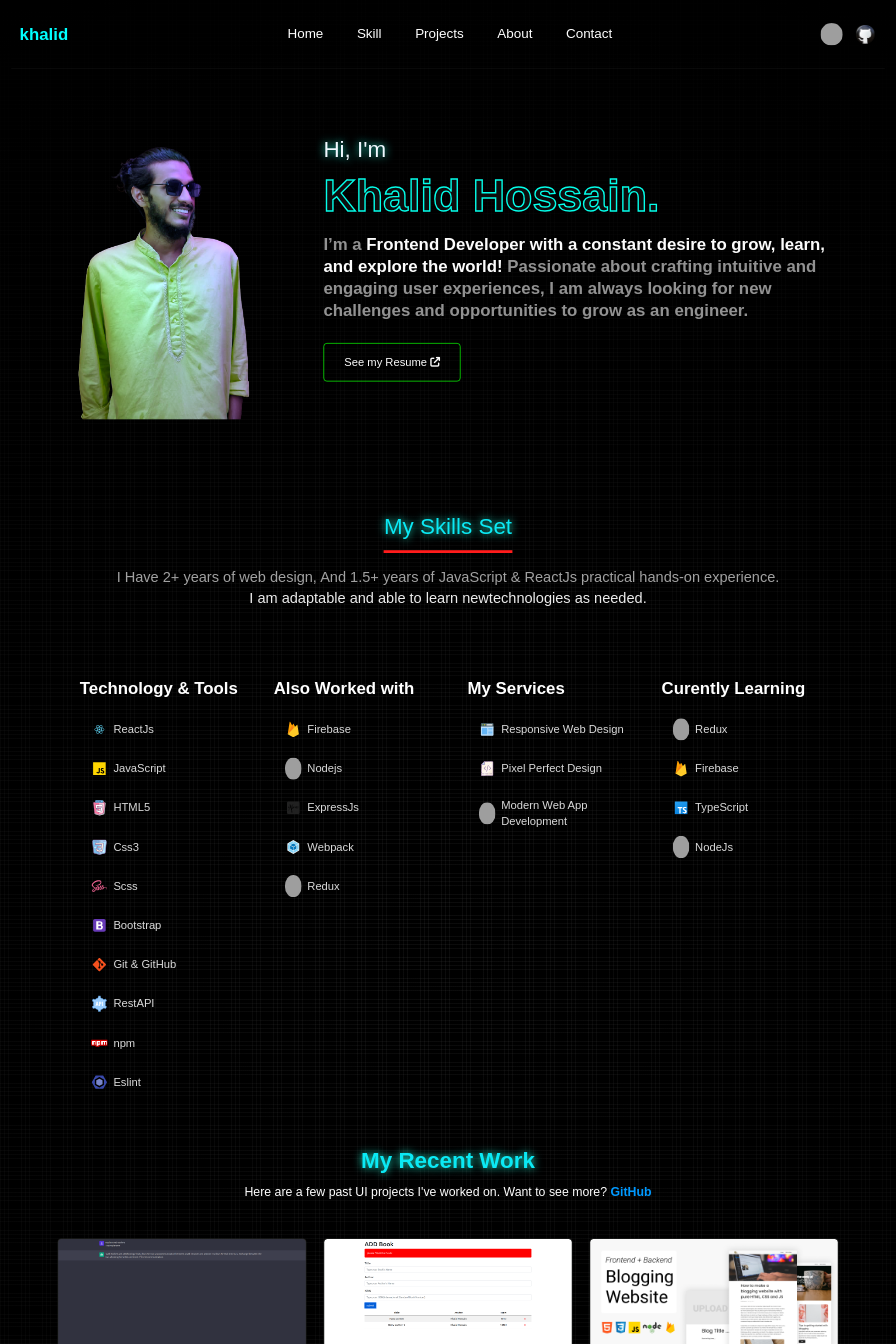
Repository: badhon252/my-portfolio
Page: /
These files come from the project's save history. The page is drawn as it stood at one moment and after the next save; the edit follows.
The browser window is 1280 px wide. The pictures show the part of the page from y = 0 to 1920 px (the page is 2682 px tall), at 70% of full size.
Pictures or frames that could not be fetched are drawn as grey boxes. The project was rebuilt for these pictures with package versions that can differ from the ones it lists, and the page was loaded fresh each time. Also part of the build but not shown: src/Components/Home/Header/HeaderContent/HeaderContent.css, src/Components/Home/Header/Navbar/Navs/GitHub/Github.module.css, src/Components/Home/Header/Navbar/Navs/LinkedIn/LinkedIn.module.css.

Above is the page before, as saved 2023-01-24 16:34:43.

### public/index.html
<!DOCTYPE html>
<html lang="en">

<head>
    <meta charset="utf-8" />
    <link rel="icon" href="%PUBLIC_URL%/favicon.ico" />
    <meta name="viewport" content="width=device-width, initial-scale=1" />
    <meta name="theme-color" content="#000000" />
    <meta name="description" content="Web site created using create-react-app, Portfolio" />
    <link rel="apple-touch-icon" href="%PUBLIC_URL%/logo192.png" />
    <link rel="stylesheet" href="https://cdnjs.cloudflare.com/ajax/libs/font-awesome/6.2.1/css/all.min.css">
    <link rel="manifest" href="%PUBLIC_URL%/manifest.json" />
    <!--  Bootstap== -->
    <link rel="stylesheet" href="https://cdn.jsdelivr.net/npm/bootstrap@5.3.0-alpha1/dist/css/bootstrap.min.css">


    <title>Khalid Hossain | Portfolio Website</title>
</head>

<body>
    <div id="root"></div>

    <script src="https://cdn.jsdelivr.net/npm/bootstrap@5.3.0-alpha1/dist/js/bootstrap.bundle.min.js"></script>
    <!-- <script src="https://platform.linkedin.com/badges/js/profile.js" async defer type="text/javascript"></script> -->

</body>

</html>

### src/index.css
body {
    margin: 0;
    font-family: -apple-system, BlinkMacSystemFont, 'Segoe UI', 'Roboto', 'Oxygen', 'Ubuntu', 'Cantarell', 'Fira Sans', 'Droid Sans', 'Helvetica Neue', sans-serif;
    -webkit-font-smoothing: antialiased;
    -moz-osx-font-smoothing: grayscale;
    background-color: #000000;
    background-image: radial-gradient(circle at center center, transparent 0%, rgb(0, 0, 0) 99%), repeating-linear-gradient(0deg, rgba(163, 163, 163, 0.07) 0px, rgba(163, 163, 163, 0.07) 1px, transparent 1px, transparent 6px), repeating-linear-gradient(90deg, rgba(163, 163, 163, 0.07) 0px, rgba(163, 163, 163, 0.07) 1px, transparent 1px, transparent 6px), linear-gradient(90deg, rgb(0, 0, 0), rgb(0, 0, 0));
    color: #ffffff;
}

* {
    margin: 0;
    padding: 0;
    box-sizing: border-box;
    font-family: 'Poppins', sans-serif;
}

### src/Components/Home/Home.jsx
import AboutMe from "./AboutMe/AboutMe";
import Footer from "./Footer/Footer";
import Header from "./Header/Header";
import Projects from "./Project/Projects";
import Skill from "./Skill/Skill";


export default function Home() {
  return (
    <div>
        <Header />
        <Skill/>
        <Projects/>
        <AboutMe/>
        <Footer/>

    </div>
  )
}

### src/Components/Home/AboutMe/AboutMe.jsx
import React from 'react';

const AboutMe = () => {
    return (
        <div>
            <h1>AboutMe</h1>
        </div>
    );
}

export default AboutMe;

### src/Components/Home/Footer/Footer.jsx
import React from 'react'
import Contact from './Contact/Contact'

export default function Footer() {
  return (
    <div>
        <Contact/>
    </div>
  )
}

### src/Components/Home/Header/Header.jsx
import React from 'react'
import HeaderContent from './HeaderContent/HeaderContent'
import Navbar from './Navbar/Navbar'
import Classes from './Header.module.css'

export default function Header() {
  return (
    <div className={Classes.header}>
      <Navbar/>
      <HeaderContent/>
    </div>
  )
}

### src/Components/Home/Skill/Skill.jsx
import "./Skill.css"
import SkillSet from "./SkillSet";
const SkillEfficiency = () => {
    return (
       <div id="skill" className="container">
                <h2 className="skillSet__title"> <span>My Skills Set</span> </h2>
                <div className="skillSet__title__line">

                    <div className="skillSet__title__line__inner">
                        I Have 2+ years of web design, And 1.5+ years of JavaScript & ReactJs practical hands-on experience. <br />
                        <span> I am adaptable and able to learn newtechnologies as needed.</span>
                    </div>
                </div>
                  <SkillSet/>
       </div>
    );
}

export default SkillEfficiency;

### src/Components/Home/Header/HeaderContent/HeaderContent.jsx
import Badhon from "../../../../Assests/Images/badhon-color.png";
import HeroSection from './HeroSection'
// import Classes from "./Header.module.css";

export default function HeaderContent() {
  return (
      <div className="container">
        <div className="row my-5" >
            <div className="col-md-4">
              <img src={Badhon} alt="Badhon" className="img-fluid w-100 px-2" />
            </div>
            <div className="col-md-8 py-5 d-flex flex-column">
              <HeroSection />
            </div>
        </div>
      </div>
  )
}

### src/Components/Home/Header/Navbar/Navbar.jsx
import "./Navs/Navs.css"
import "./Navbar.css"
import Nav from './Navs/Nav/Nav'
// import NavbarBrand from './NavbarBrand/NavbarBrand'
// import LinkedIn from './Navs/LinkedIn/LinkedIn'
// import GitHub from './Navs/GitHub/Github'

export default function Navbar() {
  return (
    <div className='navBar borderBottom'>
            <Nav/>
         {/* <div className='navBar'>
            <LinkedIn/>
            <GitHub/>
         </div> */}
    </div>
  )
}

### src/Components/Home/Header/Header.module.css
.header {
    min-height: 100vh;
    color: aliceblue;
    padding: 0 1rem;
}

### src/Components/Home/Project/ProjectCard.jsx
import CardImgLink from "./Card_img__link"
import "./Projects.css"

export default function ProjectCard(props) {

  function stacks(){
    return props.stack.map((item, index) => {
      return <span className="stack" key={index}>#{item}</span>
    })
  }

  return (
    <div className="card my-1" id="card">
          <div className="card-img">
            <a href={props.preview}>
              <img src={props.img} className="card-img-top img-fluid" alt={props.title}/>
            </a>

          </div>
        <div className="card-body">
          <div className="stacks">
              <CardImgLink preview={props.preview} link={props.link}/>
             {stacks()}
          </div>

            <h5 className="card-title my-2">{props.title}</h5>
            <span className="card-text">{props.text}</span>

        </div>
    </div>
  )
}

### src/Components/Home/Project/Projects.css
#card {
    background-color: #2c2d2c;
    /* width: 18rem */
    overflow: hidden;
    color: aliceblue;
    position: relative;
    text-align: center;
}

.card-img {
    overflow: hidden;
}

.img-fluid {
    border-radius: 0%;
    width: 100%;
    height: 100%;
    object-fit: cover;
    object-position: center;
    transition: 0.5s;
}

.card-img-top:hover {
    border-radius: 0;
    transform: scale(1.2);
}


/* Path: src/Components/Home/Project/Projects.css */

.project__title {
    color: rgb(255, 255, 255);
    text-align: center;
}

.project__title h2 {
    font-size: 2rem;
    font-weight: 700;
    margin-bottom: 1rem;
}

.project__title__line {
    font-weight: 500;
    font-size: 1.1rem;
}

.project__title__line a {
    color: #0099ff;
    text-decoration: none;
    font-weight: 600;
}

.project__title__line a:hover {
    color: #1da5ff;
    text-decoration: underline;
    font-weight: 600;
}

.card_img__link {
    border-radius: 5px;
    display: flex;
    align-items: center;
    justify-content: flex-end;
    position: absolute;
    right: 0;
    top: -40px;
    background-color: rgba(0, 0, 0, 0.507);
    transition: 0.5s;
}

.card_img__link a {
    color: #dbdbdb;
    text-decoration: none;
    font-weight: 700;
    margin: 0 .5rem;
}

.card_img__link a:hover {
    color: #eae8ff;
    text-decoration: none;
    font-weight: 700;
}


/* .card_img__link i {
    width: 35px;
    position: absolute;
    height: auto;
    z-index: 1;
    top: 0;
} */


/* .githubIcon {
    right: 5px;
}

.redirect {
    max-width: 40px;
    margin-top: 6px;
    color: #0099ff;
} */

.card-body {
    z-index: 111;
}

.card-body h5 {
    font-size: 1.2rem;
    font-weight: 600;
    margin: 0;
}

.card-body .stacks {
    margin: 0;
    transform: translatey(-10px);
}

.card-body .stack {
    display: inline;
    font-size: .8rem;
    font-weight: 600;
    color: #dddddd;
    background-color: rgb(73, 73, 73);
    margin: .1rem;
    border-radius: 5px;
    text-align: left;
}

### src/Components/Home/Skill/Skill.css
/* .skills {
    margin: 4rem 0 2rem 0;
    display: flex;
    justify-content: space-around;
    flex-wrap: wrap;
    gap: 2rem;
    height: 80vh;
    overflow: hidden;
} */

.skillSet__title__text {
    font-size: 1.5rem;
    font-weight: 600;
    margin-bottom: 1rem;
}

.skillSet li {
    list-style-type: none;
    margin: 0.5rem 1rem;
    color: #ffffffda;
    transition: .4s;
    display: flex;
    align-items: center;
    padding: .5rem 0;
}

.skillSet li img {
    width: 1.5rem;
    margin-right: 0.5rem;
}

.skillSet li:hover {
    color: #ffffff;
    scale: 1.4;
}

.skillSet__title {
    text-align: center;
    font-size: 2rem;
    padding: 1rem 0;
}

.skillSet__title span {
    padding: 1rem 0;
    border-bottom: 4px solid rgb(255, 28, 28);
}

.skillSet__title__line {
    font-size: 1.3rem;
    font-weight: 600;
    color: rgba(255, 255, 255, 0.63);
    text-align: center;
    margin: 1rem 0;
}

.skillSet__title__line__inner {
    margin: 24px 0 80px 0;
    font-size: 1.3rem;
    font-weight: 500;
    line-height: 1.5;
}

.skillSet__title__line__inner span {
    color: #ffffffec;
}

.skillSet {
    margin: 1rem 0;
}


/* Generated code  */


/* .wave-container {
    height: 40vh;
    background-color: #000000;
    position: relative;
}

.wave-container::before {
    content: "";
    width: 100%;
    height: 135px;
    position: absolute;
    bottom: -0.3%;
    left: 0;
    background-size: auto;
    background-repeat: repeat no-repeat;
    background-position: 54vw bottom;
    background-image: url("data:[embedded picture, 356 characters]");
}

@media(max-width:850px) {
    .wave-container::before {
        height: 67.5px
    }
} */

### src/Components/Home/Skill/SkillSet.jsx
import "./Skill.css"
import reactIcon from "../../../Assests/icons/react.svg"
import jsIcon from "../../../Assests/icons/javascript.svg"
import htmlIcon from "../../../Assests/icons/html-5.svg"
import cssIcon from "../../../Assests/icons/css3.svg"
import scssIcon from "../../../Assests/icons/sass.svg"
import bsIcon from "../../../Assests/icons/bootstrap.svg"
import gitIcon from "../../../Assests/icons/git.svg"
import apiIcon from "../../../Assests/icons/rest-api.svg"
import npmIcon from "../../../Assests/icons/npmV1.svg"
import eslintIcon from "../../../Assests/icons/eslint.svg"
import firebaseIcon from "../../../Assests/icons/firebase.svg"
import nodejsIcon from "../../../Assests/icons/node-js.svg"
import expressjsIcon from "../../../Assests/icons/express.svg"
import webpackIcon from "../../../Assests/icons/webpack.svg"
import reduxIcon from "../../../Assests/icons/redux.svg"
import typescriptIcon from "../../../Assests/icons/typescript.svg"
import webIcon from "../../../Assests/icons/web-design.svg"
import codeFileIcon from "../../../Assests/icons/code-file.svg"
import codeIcon from "../../../Assests/icons/code.svg"

export default function SkillSet() {
  return (
      <ul className="skills row">
                     <div className="skillSet col-md-3">
                        <div className="skillSet__title__text">Technology & Tools</div>
                            <li> <img src={reactIcon} alt="icon"/> ReactJs</li>
                            <li><img src={jsIcon} alt="icon"/>JavaScript</li>
                            <li><img src={htmlIcon} alt="icon"/>HTML5</li>
                            <li><img src={cssIcon} alt="icon"/>Css3</li>
                            <li><img src={scssIcon} alt="icon"/>Scss</li>
                            <li><img src={bsIcon} alt="icon"/>Bootstrap</li>
                            <li><img src={gitIcon} alt="icon"/>Git & GitHub</li>
                            <li><img src={apiIcon} alt="icon"/>RestAPI</li>
                            <li><img src={npmIcon} alt="icon"/>npm</li>
                            <li><img src={eslintIcon} alt="icon"/>Eslint</li>
                    </div>

                    <div className="skillSet col-md-3">
                        <div className="skillSet__title__text">Also Worked with</div>
                            <li><img src={firebaseIcon} alt="icon"/>Firebase</li>
                            <li><img src={nodejsIcon} alt="icon"/>Nodejs</li>
                            <li><img src={expressjsIcon} alt="icon"/>ExpressJs</li>
                            <li><img src={webpackIcon} alt="icon"/>Webpack</li>
                            <li><img src={reduxIcon} alt="icon"/>Redux</li>
                    </div>

                    <div className="skillSet col-md-3">
                         <div className="skillSet__title__text">My Services</div>
                            <li><img src={webIcon} alt="icon"/>Responsive Web Design</li>
                            <li><img src={codeFileIcon} alt="icon"/>Pixel Perfect Design</li>
                            <li><img src={codeIcon} alt="icon"/>Modern Web App Development</li>
                    </div>

                    <div className="skillSet col-md-3">
                        <div className="skillSet__title__text">Curently Learning</div>
                            <li><img src={reduxIcon} alt="icon"/>Redux</li>
                            <li><img src={firebaseIcon} alt="icon"/>Firebase</li>
                            <li><img src={typescriptIcon} alt="icon"/>TypeScript</li>
                            <li><img src={nodejsIcon} alt="icon"/>NodeJs</li>
                    </div>

                    </ul>

  )
}

### src/Components/Home/Header/HeaderContent/HeroSection.jsx
import Classes from "./Header.module.css";
import "./HeaderContent.css"

export default function HeroSection() {
  return (
    <div className="heroSection">
          <h2 className="h2">Hi, I'm</h2>
          <h1 className="h1-name">Khalid Hossain.</h1>
          <p>
            I’m a <span>Frontend Developer with a constant desire to grow, learn, and explore the world!</span> Passionate about crafting intuitive and engaging user experiences,
            I am always looking for new challenges and opportunities to grow as an engineer.
          </p>

          <a className={Classes.resume} href="https://drive.google.com/file/d/1dNWfd7X8CYs_9THDZo58HHKVKzD8WfeY/view?usp=share_link" target="_blank" rel="noreferrer">
              See my Resume <i className="fa-solid fa-arrow-up-right-from-square"></i>
          </a>

    </div>
  );
}

### src/Components/Home/Header/Navbar/Navs/Navs.css
.flexRow {
    display: flex;
    justify-content: space-between;
    align-items: center;
    flex-wrap: wrap;
    gap: 2rem;
}

.me_1 {
    margin-right: 1rem;
}

img {
    width: 2rem;
    height: 2rem;
    border-radius: 50%;
}

.navbar-brand {
    /* background: #FFFF00;
    background: linear-gradient(to left, #FFFF00 0%, #05C1FF 50%, #FFFF00 100%);
    -webkit-background-clip: text;
    -webkit-text-fill-color: transparent; */
    color: aqua;
    font-size: 1.5rem;
    font-weight: 600;
    text-decoration: none;
    font-family: "Poppins", sans-serif;
}

### src/Components/Home/Header/Navbar/Navbar.css
.boxShadow {
    -webkit-box-shadow: 0px 22px 40px -37px rgba(255, 255, 255, 1);
    -moz-box-shadow: 0px 22px 40px -37px rgba(255, 255, 255, 1);
    box-shadow: 0px 22px 40px -37px rgba(255, 255, 255, 1);
}

.borderBottom {
    border-bottom: 1px solid #f6f6f612;
}

### src/Components/Home/Header/Navbar/Navs/Nav/Nav.jsx
import GitHub from "../GitHub/Github"
import LinkedIn from "../LinkedIn/LinkedIn"
import "./../Navs.css"
import "./Nav.css"
export default function Nav() {
  return (
    <nav class="navbar navbar-expand-lg">
      <div class="container-fluid">
        <a class="navbar-brand" href="#home">khalid</a>
        <button class="navbar-toggler" type="button" data-bs-toggle="collapse" data-bs-target="#navbarNav" aria-controls="navbarNav" aria-expanded="false" aria-label="Toggle navigation">
          <i class="fa-solid fa-bars"></i>
        </button>
        <div class="collapse navbar-collapse" id="navbarNav">
          <ul class="navbar-nav mx-auto">
            <li class="nav-item">
              <a class="nav-link" aria-current="page" href="#home">Home</a>
            </li>
            <li class="nav-item">
              <a class="nav-link" href="#skill">Skill</a>
            </li>
            <li class="nav-item">
              <a class="nav-link" href="#projects">Projects</a>
            </li>
            <li className="nav-item">
                <a className="nav-link" href="#aboutMe">About</a>
            </li>
            <li className="nav-item">
                <a className="nav-link" href="#contact">Contact</a>
            </li>
          </ul>
          <div className="d-flex">
          <LinkedIn/>
          <GitHub/>
          </div>
        </div>
      </div>
    </nav>
  )
}

### src/Components/Home/Project/Card_img__link.jsx
// import githubIcon from "../../../Assests/icons/github.png"
// import redirect from "../../../Assests/icons/redirect.svg"
import "./Projects.css"
export default function Card_img__link(props) {

  return (
     <div className="card_img__link">
              <a href={props.link} target="_blank" rel="noreferrer" >
               <i class="fa-brands fa-github-alt"></i>
              </a>
              <a href={props.preview} target="_blank" rel="noreferrer" >
                  <i class="fa-solid fa-arrow-up-right-from-square redirect"></i>
              </a>

    </div>
  )
}

### src/Components/Home/Header/HeaderContent/Header.module.css
.heroImage {
    min-width: 300px;
    max-width: 500px;
    width: 100%;
    height: auto;
    box-sizing: border-box;
    overflow: hidden;
    border-radius: 30% 70% 64% 36% / 44% 42% 58% 56%;
}

h1 {
    font-size: 4em;
    font-weight: 700;
    margin-bottom: 1rem;
    -webkit-text-fill-color: rgb(14, 13, 13);
    /* Will override color (regardless of order) */
    -webkit-text-stroke-width: 2px;
    -webkit-text-stroke-color: rgb(4, 255, 234);
}

h2 {
    font-size: 2rem;
    font-family: 'Titillium Web', sans-serif;
    margin: 0;
    line-height: 1;
    transform: rotate(45px);
    transform: rotateX('angle');
    color: #0be9f4;
    text-shadow: 0 0 12px #24fbdd;
}

p {
    font-size: 1.5em;
    font-weight: 600;
    margin-bottom: 1rem;
    color: rgba(255, 255, 255, 0.568);
    line-height: 1.3;
}

p span {
    color: #fcfcfc;
}

.resume {
    padding: .9rem 1.8rem;
    border: 1px solid #09ff01;
    font-size: 1rem;
    font-weight: 500;
    margin-top: 1rem;
    outline: none;
    border-radius: 5px;
    background: none;
    color: #fcfcfc;
    transition: .5s;
    cursor: pointer;
    text-decoration: none;
    display: inline-block;
}

.resume:hover {
    color: rgb(7, 7, 7);
    background-color: rgb(0, 255, 21);
}

.resume:active {
    transform: scale(0.95);
}

### src/Components/Home/Header/Navbar/Navs/GitHub/Github.jsx
import Classes from "./Github.module.css"
import github from "../../../../../../Assests/icons/github.png";
import "../Navs.css"

export default function GitHub() {
  return (
    <div className={Classes.faBrands}>
      <a href="https://github.com/badhon252" target="_blank" rel="noreferrer">
        <img className="fa-github" src={github} alt="github" />
        </a>
    </div>
  )
}

### src/Components/Home/Header/Navbar/Navs/LinkedIn/LinkedIn.jsx
import "./LinkedIn.module.css"
import linkedin from "../../../../../../Assests/icons/linkedin.svg";

export default function LinkedIn() {
  return (
    <div className='me_1' >
      <a href="https://www.linkedin.com/in/khalidhossainbadhon/" target="_blank" rel="noreferrer">
      <img src={linkedin} alt="" />
      </a>
    </div>
  )
}

### src/Components/Home/Header/Navbar/Navs/Nav/Nav.css
.navBar {
    padding: 1.1rem 0;
    flex-wrap: wrap;
}

.navbar-nav {
    list-style-type: none;
    display: flex;
    justify-content: space-between;
}

.navbar-nav li a {
    text-decoration: none;
    color: rgb(255, 255, 255);
    font-size: 1.2rem;
    font-weight: 500;
    transition: all 0.3s ease-in-out;
    margin: 0 1rem;
}

.navbar-nav li a:hover {
    color: #49ff12;
}

.navbar-nav li a.active {
    color: #bb0707;
}

.navbar-nav li a.active:hover {
    color: #f1f1f1;
}

.navbar-nav li a.active::after {
    content: "";
    display: block;
    width: 100%;
    height: 2px;
    background: #f1f1f1;
    margin-top: 5px;
}

.navbar-nav li a.active:hover::after {
    background: #f1f1f1;
}

.fa-brands,
.fab {
    font-weight: 400;
    font-size: 1.5rem;
    color: #fff;
}

.fa-bars {
    color: #fff;
}

Loaded but not shown: src/index.js (common file); src/reportWebVitals.js (common file); src/Components/Home/Footer/Contact/Contact.jsx (common file); src/App.js (11 lines, source omitted); src/Components/Home/Project/Projects.jsx (84 lines, source omitted)

After the next save:
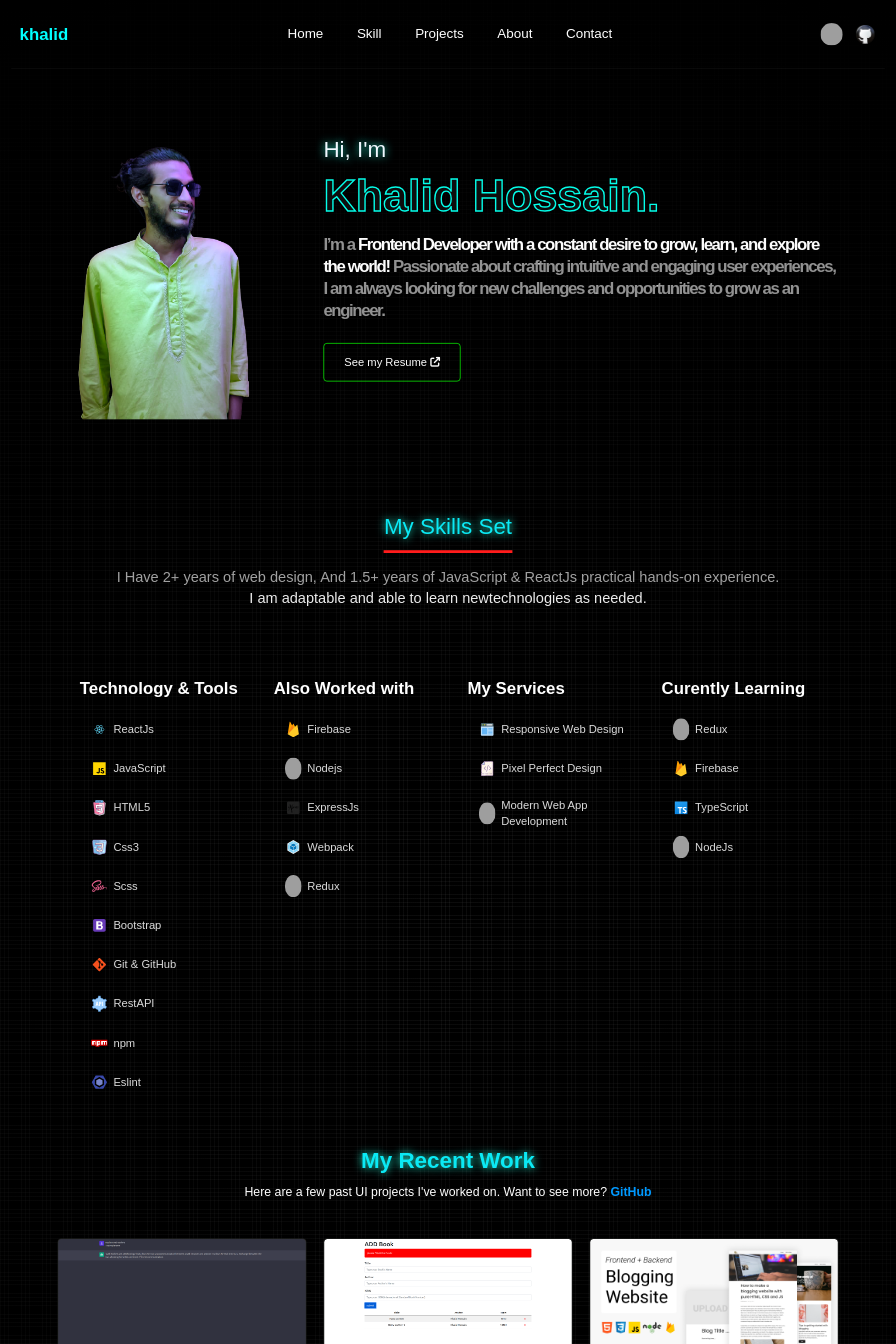
Saved 27 s later.
--- a/src/Components/Home/Header/HeaderContent/Header.module.css
+++ b/src/Components/Home/Header/HeaderContent/Header.module.css
@@ -35,6 +35,7 @@ p {
     margin-bottom: 1rem;
     color: rgba(255, 255, 255, 0.568);
     line-height: 1.3;
+    letter-spacing: -2px;
 }
 
 p span {
